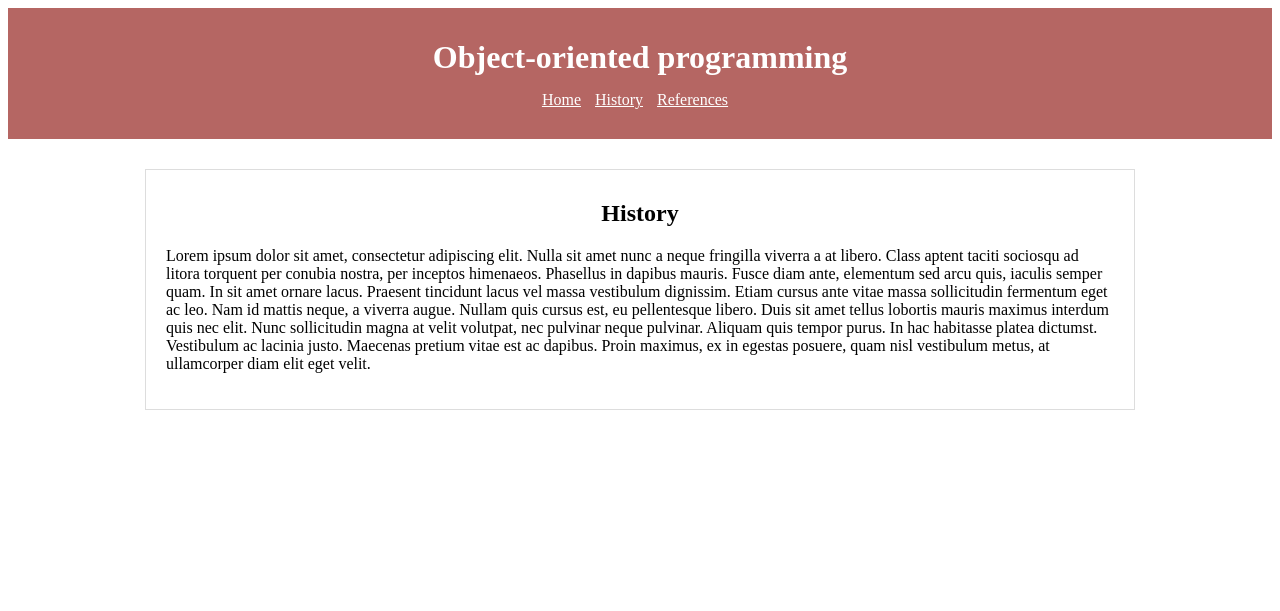
Repository: ReyesEvan/8.-Septimo_semestre
Page: Aplicaciones_en_ambientes_distribuidos/OOP/V3/history.html
An editor plug-in stored every save of this project. The page is shown before and after the next save, followed by the edit.
The browser window is 1280 px wide. The pictures show the whole page.

Above is the page before, as saved 2019-09-30 18:39:21.

### Aplicaciones_en_ambientes_distribuidos/OOP/V3/history.html
<!DOCTYPE html>
<html>

<head>
	<link type="text/css" rel="stylesheet" href="main.css">
</head>

<body>
	<div class='header'>
		<h1>Object-oriented programming</h1>
		<ul class="nav">
			<li><a href="home.html">Home</a></li>
			<li><a href="history.html">History</a></li>
			<li><a href="references.html">References</a></li>
		</ul>
	</div>
	<div class='main-content'>
		<h2>History</h2>
		<p>
			Lorem ipsum dolor sit amet, consectetur adipiscing elit. Nulla sit amet nunc a neque fringilla viverra a at libero.
			Class aptent taciti sociosqu ad litora torquent per conubia nostra, per inceptos himenaeos. Phasellus in dapibus
			mauris. Fusce diam ante, elementum sed arcu quis, iaculis semper quam. In sit amet ornare lacus. Praesent tincidunt
			lacus vel massa vestibulum dignissim. Etiam cursus ante vitae massa sollicitudin fermentum eget ac leo. Nam id mattis
			neque, a viverra augue. Nullam quis cursus est, eu pellentesque libero. Duis sit amet tellus lobortis mauris maximus
			interdum quis nec elit. Nunc sollicitudin magna at velit volutpat, nec pulvinar neque pulvinar. Aliquam quis tempor
			purus. In hac habitasse platea dictumst. Vestibulum ac lacinia justo. Maecenas pretium vitae est ac dapibus. Proin
			maximus, ex in egestas posuere, quam nisl vestibulum metus, at ullamcorper diam elit eget velit.
		</p>
	</div>
</body>

</html>

### Aplicaciones_en_ambientes_distribuidos/OOP/V3/main.css
body {
    padding: 0;
}

h1 {
    color: #ffffff;
    margin-bottom: 15px;
    text-align: center;
}

h2 {
    margin: 10px 0 20px 0;
    text-align: center
}

.header {
    padding: 10px;
    background-color: #b56663;
}

.header a {
    color: #ffffff;
}

ul {
    padding: 0 0 0 50px;
}

.nav {
    padding-left: 0;
    margin: 5px 0 20px;
    text-align: center;
}

.nav li {
    display: inline;
    margin-right: 10px;
}

.main-content {
    width: 75%;
    padding: 20px;
    border: 1px solid #dddddd;
    margin: 30px auto 0 auto;
}

After the next save:
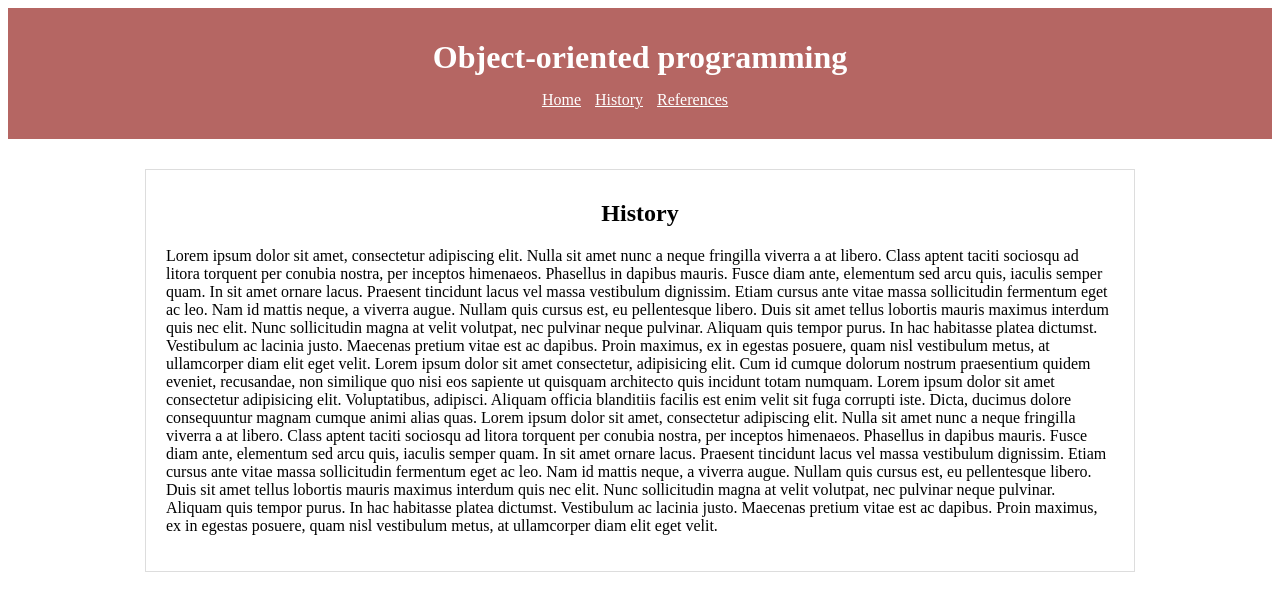
Saved 116 s later.
--- a/Aplicaciones_en_ambientes_distribuidos/OOP/V3/history.html
+++ b/Aplicaciones_en_ambientes_distribuidos/OOP/V3/history.html
@@ -25,6 +25,10 @@
 			interdum quis nec elit. Nunc sollicitudin magna at velit volutpat, nec pulvinar neque pulvinar. Aliquam quis tempor
 			purus. In hac habitasse platea dictumst. Vestibulum ac lacinia justo. Maecenas pretium vitae est ac dapibus. Proin
 			maximus, ex in egestas posuere, quam nisl vestibulum metus, at ullamcorper diam elit eget velit.
+
+			Lorem ipsum dolor sit amet consectetur, adipisicing elit. Cum id cumque dolorum nostrum praesentium quidem eveniet, recusandae, non similique quo nisi eos sapiente ut quisquam architecto quis incidunt totam numquam.
+			Lorem ipsum dolor sit amet consectetur adipisicing elit. Voluptatibus, adipisci. Aliquam officia blanditiis facilis est enim velit sit fuga corrupti iste. Dicta, ducimus dolore consequuntur magnam cumque animi alias quas.
+			Lorem ipsum dolor sit amet, consectetur adipiscing elit. Nulla sit amet nunc a neque fringilla viverra a at libero. Class aptent taciti sociosqu ad litora torquent per conubia nostra, per inceptos himenaeos. Phasellus in dapibus mauris. Fusce diam ante, elementum sed arcu quis, iaculis semper quam. In sit amet ornare lacus. Praesent tincidunt lacus vel massa vestibulum dignissim. Etiam cursus ante vitae massa sollicitudin fermentum eget ac leo. Nam id mattis neque, a viverra augue. Nullam quis cursus est, eu pellentesque libero. Duis sit amet tellus lobortis mauris maximus interdum quis nec elit. Nunc sollicitudin magna at velit volutpat, nec pulvinar neque pulvinar. Aliquam quis tempor purus. In hac habitasse platea dictumst. Vestibulum ac lacinia justo. Maecenas pretium vitae est ac dapibus. Proin maximus, ex in egestas posuere, quam nisl vestibulum metus, at ullamcorper diam elit eget velit.
 		</p>
 	</div>
 </body>
